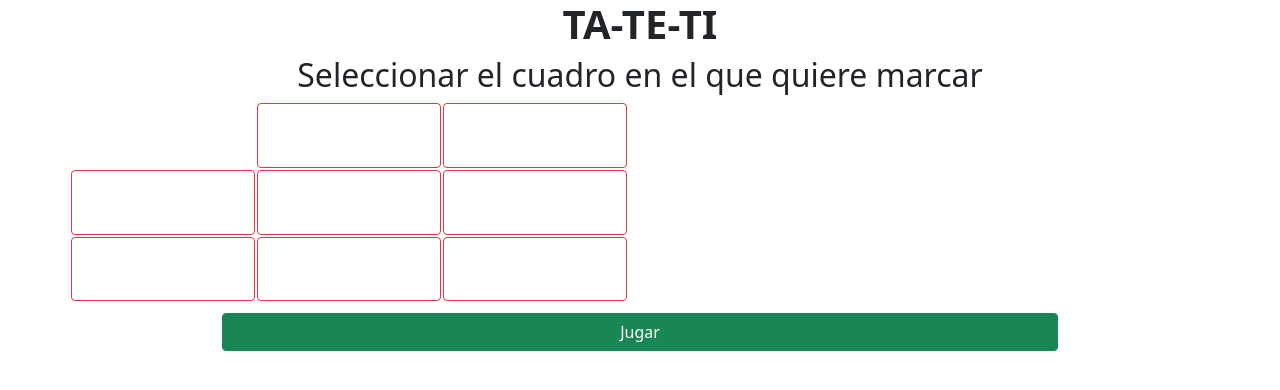
Repository: Lean97-start/TATETI
Page: Tateti.html
These files come from the project's save history. The page is drawn as it stood at one moment and after the next save; the edit follows.
The browser window is 1280 px wide. The pictures show the whole page.

Above is the page before, as saved 2021-07-11 22:58:45.
Console error: SyntaxError: Unexpected token ')'

### Tateti.html
<!DOCTYPE html>
<html lang="en">
<head>
    <meta charset="UTF-8">
    <link rel="stylesheet" type="text/css" href="Tateti.css">
    <link rel="stylesheet" href="Tateti.js">
    <link rel="stylesheet" type="text/css" href="https://necolas.github.io/normalize.css/8.0.1/normalize.css">
    <title>TATETI</title>
    <link href="https://cdn.jsdelivr.net/npm/bootstrap@5.0.2/dist/css/bootstrap.min.css" rel="stylesheet" integrity="sha384-EVSTQN3/azprG1Anm3QDgpJLIm9Nao0Yz1ztcQTwFspd3yD65VohhpuuCOmLASjC" crossorigin="anonymous">
</head>
<body>
    <div class="container">
        <H1 class="fw-bold">TA-TE-TI</H1>
        <H2 class="fw-normal">Seleccionar el cuadro en el que quiere marcar</H2>

            <div class="row w-50 h-50 bg-white">
                <table class="cuadro">
                    <tr>
                        <td><button class="btn  w-100 h-100" id="11"></button></td>
                        <td><button class="btn btn-outline-danger w-100 h-100" id="21"></button></td>
                        <td><button class="btn btn-outline-danger w-100 h-100" id="31"></button></td>
                    </tr>
                    <tr>
                        <td><button class="btn btn-outline-danger w-100 h-100" id="12"></button></td>
                        <td><button class="btn btn-outline-danger w-100 h-100" id="22"></button></td>
                        <td><button class="btn btn-outline-danger w-100 h-100" id="32"></button></td>
                    </tr>
                    <tr>
                        <td><button class="btn btn-outline-danger w-100 h-100" id="13"></button></td>
                        <td><button class="btn btn-outline-danger w-100 h-100" id="23"></button></td>
                        <td><button class="btn btn-outline-danger w-100 h-100" id="33"></button></td>
                    </tr>
                </table>
            </div>
            <div class="row">
                <div class="btn ">
                    <button type="button" class="btn btn-success my-1 w-75" id="btn-jugar">Jugar</button>
                </div>
            </div>

        </div>
    <script src="Tateti.js"></script>
    <script src="https://cdn.jsdelivr.net/npm/bootstrap@5.0.2/dist/js/bootstrap.bundle.min.js" integrity="sha384-MrcW6ZMFYlzcLA8Nl+NtUVF0sA7MsXsP1UyJoMp4YLEuNSfAP+JcXn/tWtIaxVXM" crossorigin="anonymous"></script>
</body>
</html>

### Tateti.css
h1{
    font-size: 55px;
    text-align: center;
}
h2{
    font-size: 30px;
    text-align: center;
}
.cuadro{
    /* border: 5px teal solid;
    background: grey; */
    position: relative;
    height: 200px;
    width: 20px;
    margin: auto;
}
.entradas{
    text-align: center;
    font-family: Arial, Helvetica, sans-serif;
    font-size: 60px;
    height: 80px;
    width: 80px;
    box-sizing: border-box;

}

### Tateti.js
let var1, var2, var3,var4, var5,var6 = undefined
function mostrar(){
    let prueba = document.getElementById('v1');
    alert(prueba);
}
function jugarTurno (){
    if(){

    }
    else if (var1 != undefined || var2 != undefined || var3 != undefined ||var4 != undefined ||var5 != undefined || var6 != undefined ){

    }


}

After the next save:
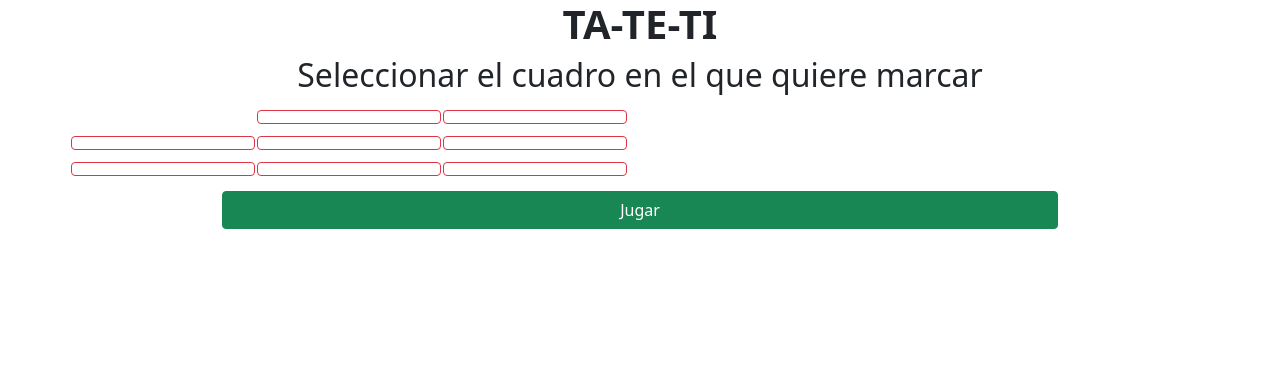
Saved 17 s later.
--- a/Tateti.html
+++ b/Tateti.html
@@ -14,7 +14,7 @@
         <H2 class="fw-normal">Seleccionar el cuadro en el que quiere marcar</H2>
 
             <div class="row w-50 h-50 bg-white">
-                <table class="cuadro">
+                <table class="c3">
                     <tr>
                         <td><button class="btn  w-100 h-100" id="11"></button></td>
                         <td><button class="btn btn-outline-danger w-100 h-100" id="21"></button></td>

After the save that followed:
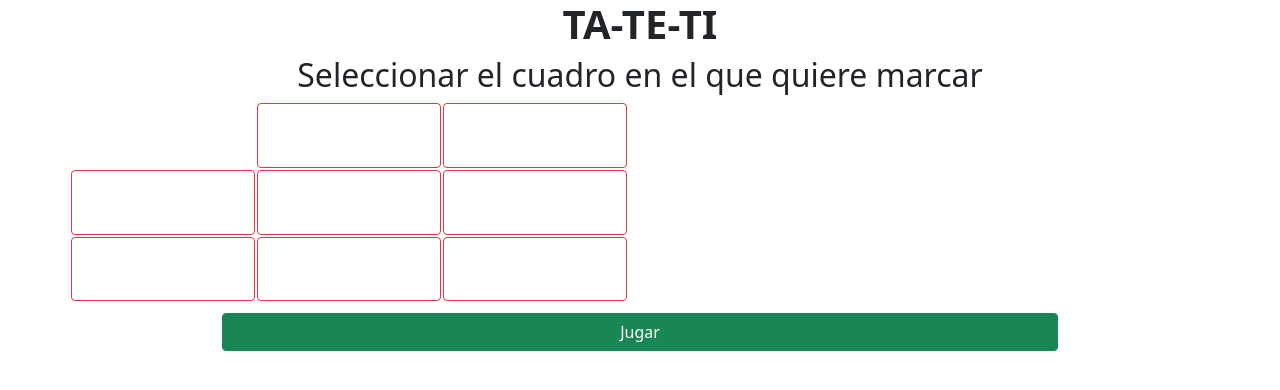
Saved 7 s later.
--- a/Tateti.html
+++ b/Tateti.html
@@ -14,7 +14,7 @@
         <H2 class="fw-normal">Seleccionar el cuadro en el que quiere marcar</H2>
 
             <div class="row w-50 h-50 bg-white">
-                <table class="c3">
+                <table class="cuadro">
                     <tr>
                         <td><button class="btn  w-100 h-100" id="11"></button></td>
                         <td><button class="btn btn-outline-danger w-100 h-100" id="21"></button></td>
